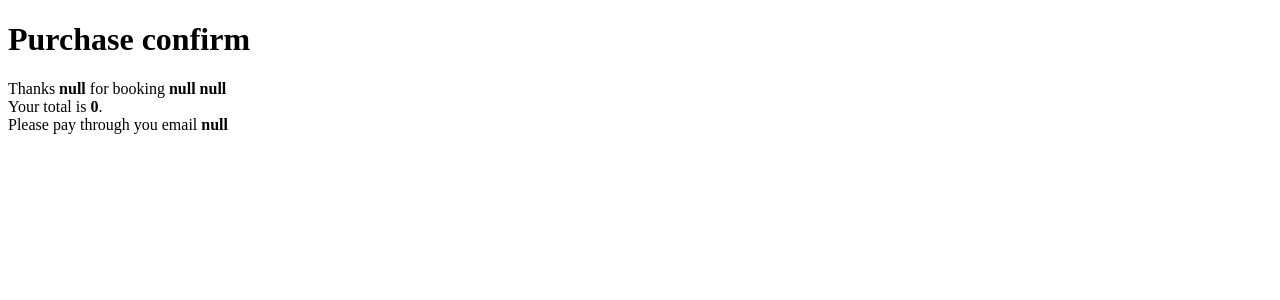
Repository: FatCat0712/JSP
Page: http://localhost/bai_20/trangDatHang.jsp
The author's editor kept a copy of each file at every save. The page is drawn from the files as they stood at one save, then again after the next save.
The browser window is 1280 px wide. The pictures show the whole page.
The page is served by Tomcat 9.

Above is the page before, as saved 2024-04-22 03:23:01.

After the next save:
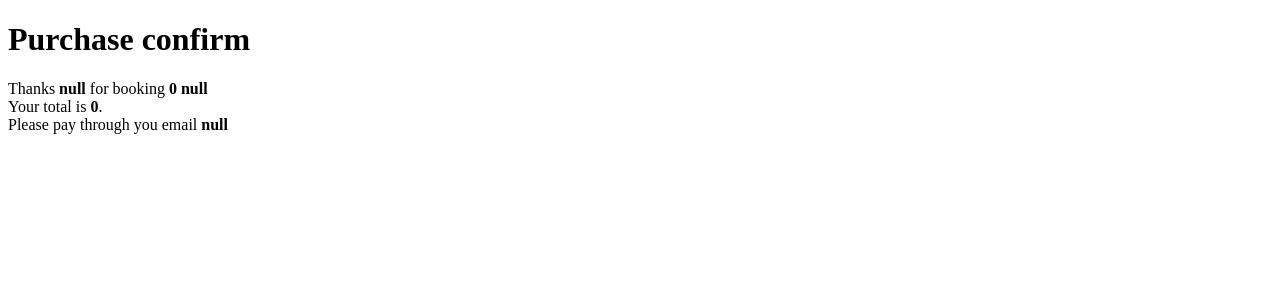
Saved 65 s later.
--- a/bai_20/src/main/webapp/trangDatHang.jsp
+++ b/bai_20/src/main/webapp/trangDatHang.jsp
@@ -34,7 +34,7 @@
 
 	%>
 	<p>
-		Thanks <b><%= customerName %></b> for booking <b><%= quantity %></b> <b><%= productName %></b> </br>
+		Thanks <b><%= customerName %></b> for booking <b><%= quant %></b> <b><%= productName %></b> </br>
 		Your total is <b><%= quant * 5 %></b>.</br>
 		Please pay through you email <b><%=email %></b>
 	</p>
